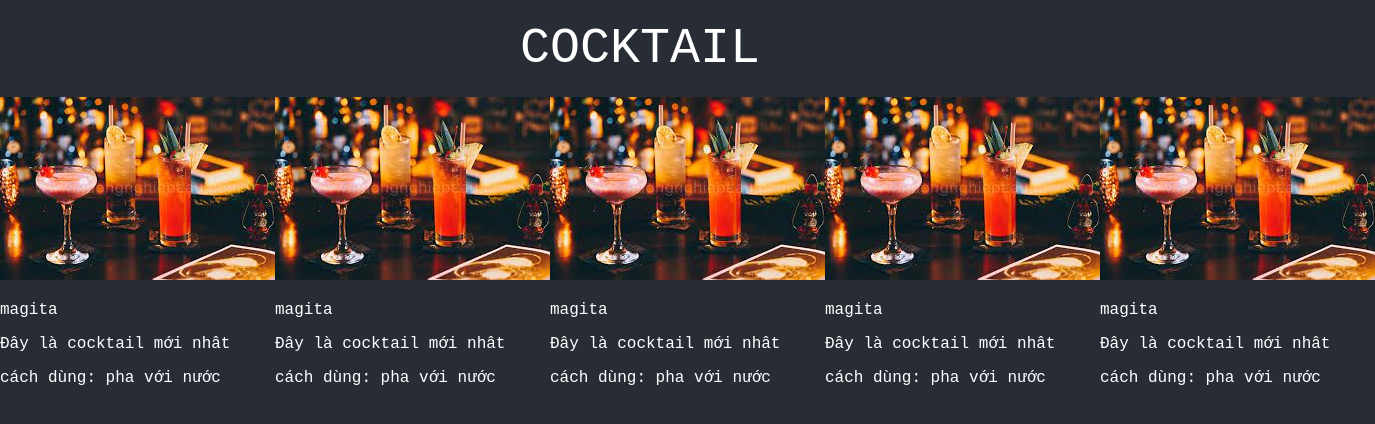
Repository: phunobi1807/coctails
Page: /
An editor plug-in stored every save of this project. The page is shown before and after the next save, followed by the edit.
The browser window is 1280 px wide. The page is 1375 px wide, then 1328 px, then 1375 px, so the pictures cover 1375 px, including what lies to the right of the window. The pictures show the whole page.
The project was rebuilt for these pictures with package versions that can differ from the ones it lists, and the page was loaded fresh each time.

Above is the page before, as saved 2021-09-25 12:56:07.

After the next save:
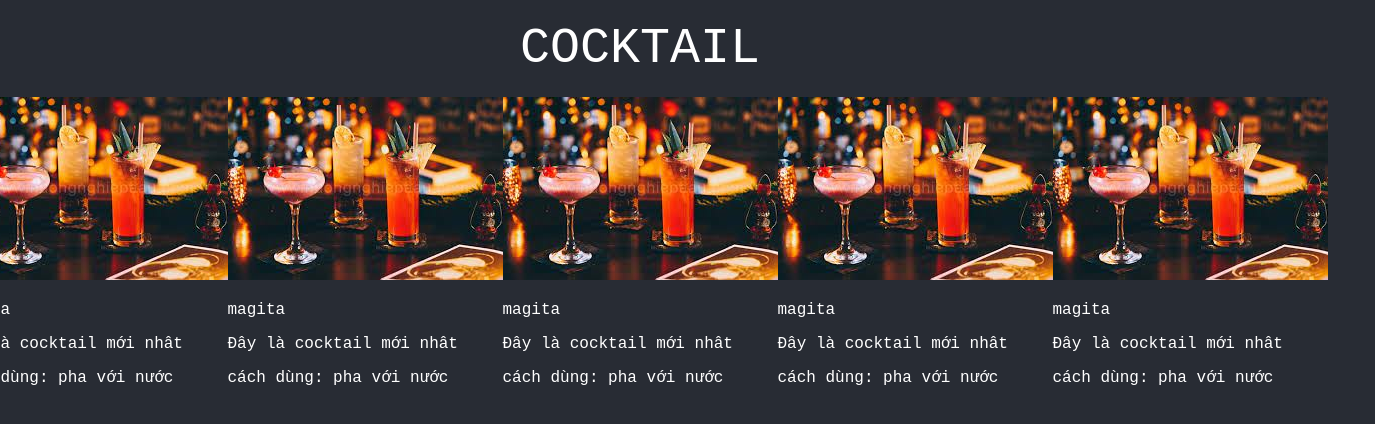
Saved 11 s later.
--- a/src/components/ListCocktails.scss
+++ b/src/components/ListCocktails.scss
@@ -1,6 +1,5 @@
 .container
 {
     display: flex;
-    width: 500px;
-    margin: 0;
+    justify-content: center;
 }

After the save that followed:
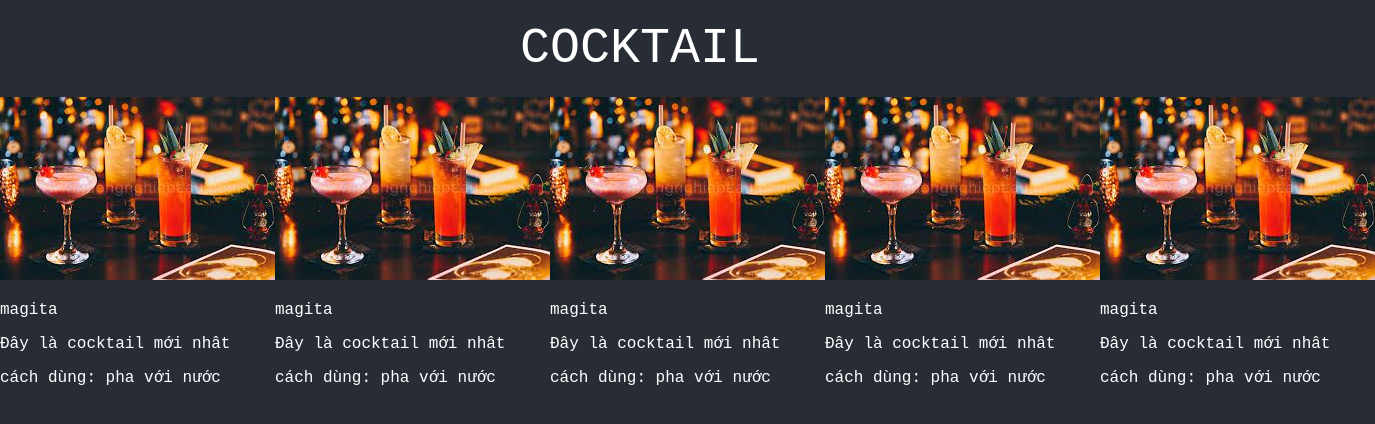
Saved 13 s later.
--- a/src/components/ListCocktails.scss
+++ b/src/components/ListCocktails.scss
@@ -1,5 +1,6 @@
 .container
 {
     display: flex;
-    justify-content: center;
+    justify-content: space-around;
+
 }
